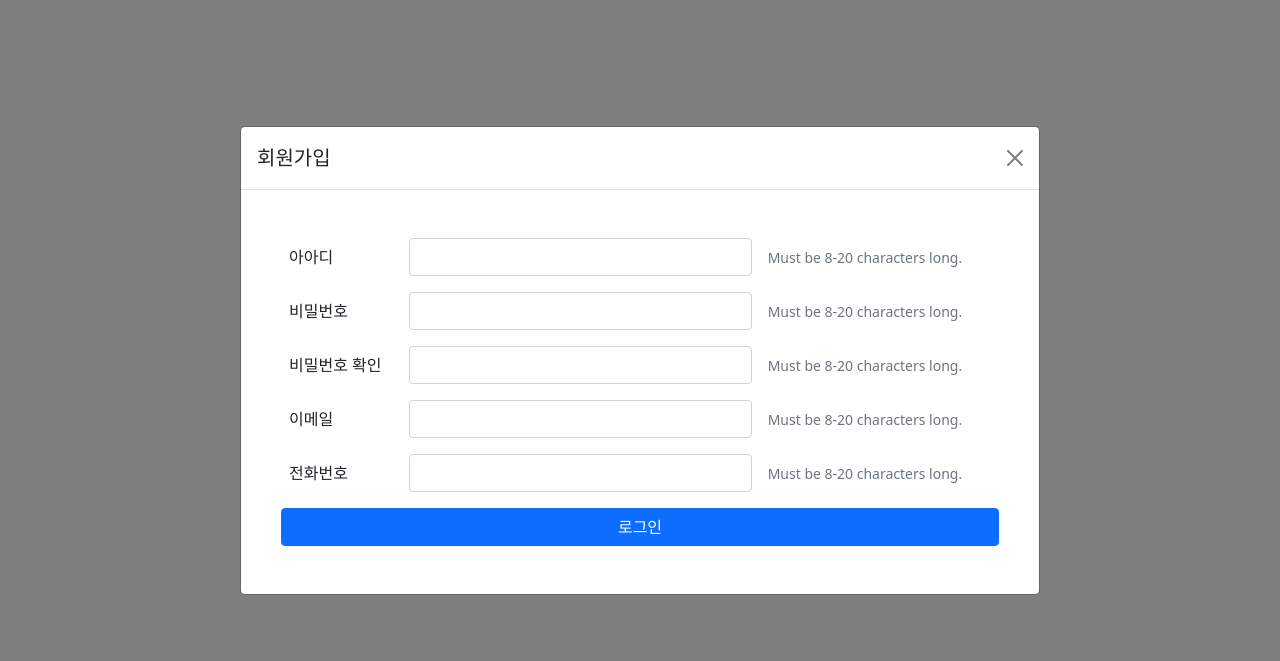
Repository: hyunha95/selfStudy
Page: http://localhost/spring-board/WEB-INF/views/member/enroll.jsp
The author's editor kept a copy of each file at every save. The page is drawn from the files as they stood at one save, then again after the next save.
The browser window is 1280 px wide. The pictures show the whole page.
The page is served by Tomcat 9. Nobody is signed in. Other server files are loaded and not shown. The template is opened directly, without the code that normally fills it, so the values that code supplies are empty.

Above is the page before, as saved 2022-01-15 08:34:27.

### spring_workspace/spring-board/src/main/webapp/WEB-INF/views/member/enroll.jsp
<%@ page language="java" contentType="text/html; charset=UTF-8"
    pageEncoding="UTF-8"%>
<%@ taglib prefix="c" uri="http://java.sun.com/jsp/jstl/core"%>
<%@ taglib prefix="fmt" uri="http://java.sun.com/jsp/jstl/fmt"%>
<%@ taglib prefix="fn" uri="http://java.sun.com/jsp/jstl/functions"%>
<%@ taglib prefix="sec" uri="http://www.springframework.org/security/tags" %>
<%-- spring-webmvc의존 : security의 csrf토큰 생성 --%>
<%@ taglib prefix="form" uri="http://www.springframework.org/tags/form" %>
<!DOCTYPE html>
<html>
<head>
<!-- Required meta tags -->
<meta charset="utf-8">
<meta name="viewport" content="width=device-width, initial-scale=1">
<title>Insert title here</title>
<script src="https://code.jquery.com/jquery-3.6.0.js" integrity="sha256-H+K7U5CnXl1h5ywQfKtSj8PCmoN9aaq30gDh27Xc0jk=" crossorigin="anonymous"></script>
<link href="https://cdn.jsdelivr.net/npm/bootstrap@5.1.3/dist/css/bootstrap.min.css" rel="stylesheet" integrity="sha384-1BmE4kWBq78iYhFldvKuhfTAU6auU8tT94WrHftjDbrCEXSU1oBoqyl2QvZ6jIW3" crossorigin="anonymous">
<script>
$(() => {
	$(enrollModal)
		.modal('show')
		.on("hide.bs.modal", (e) => {
			location.href = '${pageContext.request.contextPath}';
		});
});
</script>

</head>
<body>
	<!-- Modal 시작 -->
	<div class="modal fade" id="enrollModal" data-bs-backdrop="static" data-bs-keyboard="false" tabindex="-1" aria-labelledby="staticBackdropLabel" aria-hidden="true">
	  <div class="modal-dialog modal-dialog-centered modal-lg">
	    <div class="modal-content">
	      <div class="modal-header">
	        <h5 class="modal-title" id="staticBackdropLabel">회원가입</h5>
	        <button type="button" class="btn-close" data-bs-dismiss="modal" aria-label="Close"></button>
	      </div>
	      <form:form
	      	id="enrollFrm"
	      	action="${pageContext.request.contextPath}/member/enroll.do"
	      	method="post"
	      	class="m-5">
	      	<div class="row g-3 align-items-center">
		        <!-- 아이디 -->
		          <div class="col-2">
				    <label for="id" class="col-form-label">아아디</label>
				  </div>
				  <div class="col-6">
				    <input type="text" id="id" class="form-control">
				  </div>
				  <div class="col-4">
				    <span id="idHelpInline" class="form-text">
				      Must be 8-20 characters long.
				    </span>
				  </div>
			    <!-- 비밀번호 -->
				<div class="col-2">
				    <label for="password" class="col-form-label">비밀번호</label>
				  </div>
				  <div class="col-6">
				    <input type="password" id="password" class="form-control">
				  </div>
				  <div class="col-4">
				    <span id="passwordHelpInline" class="form-text">
				      Must be 8-20 characters long.
				    </span>
				  </div>
				 <!-- 비밀번호 확인 -->
				 <div class="col-2">
				    <label for="passwordCheck" class="col-form-label">비밀번호 확인</label>
				  </div>
				  <div class="col-6">
				    <input type="password" id="passwordCheck" class="form-control">
				  </div>
				  <div class="col-4">
				    <span id="passwordCheckHelpInline" class="form-text">
				      Must be 8-20 characters long.
				    </span>
				  </div>
				  <!-- 이메일 -->
				   <div class="col-2">
				    <label for="email" class="col-form-label">이메일</label>
				  </div>
				  <div class="col-6">
				    <input type="email" id="email" class="form-control">
				  </div>
				  <div class="col-4">
				    <span id="emailHelpInline" class="form-text">
				      Must be 8-20 characters long.
				    </span>
				  </div>
				  <!-- 번호 -->
				  <div class="col-2">
				    <label for="phone" class="col-form-label">전화번호</label>
				  </div>
				  <div class="col-6">
				    <input type="email" id="phone" class="form-control">
				  </div>
				  <div class="col-4">
				    <span id="phoneHelpInline" class="form-text">
				      Must be 8-20 characters long.
				    </span>
				  </div>
				<!-- submit 버튼 -->
			    <button type="submit" class="btn btn-primary mt-3">로그인</button>
	      	</div>
	      </form:form>
	    </div>
	  </div>
	</div>
	<!-- Modal 끝 -->
	<script src="https://cdn.jsdelivr.net/npm/bootstrap@5.1.3/dist/js/bootstrap.bundle.min.js" integrity="sha384-ka7Sk0Gln4gmtz2MlQnikT1wXgYsOg+OMhuP+IlRH9sENBO0LRn5q+8nbTov4+1p" crossorigin="anonymous"></script>
</body>
</html>

After the next save:
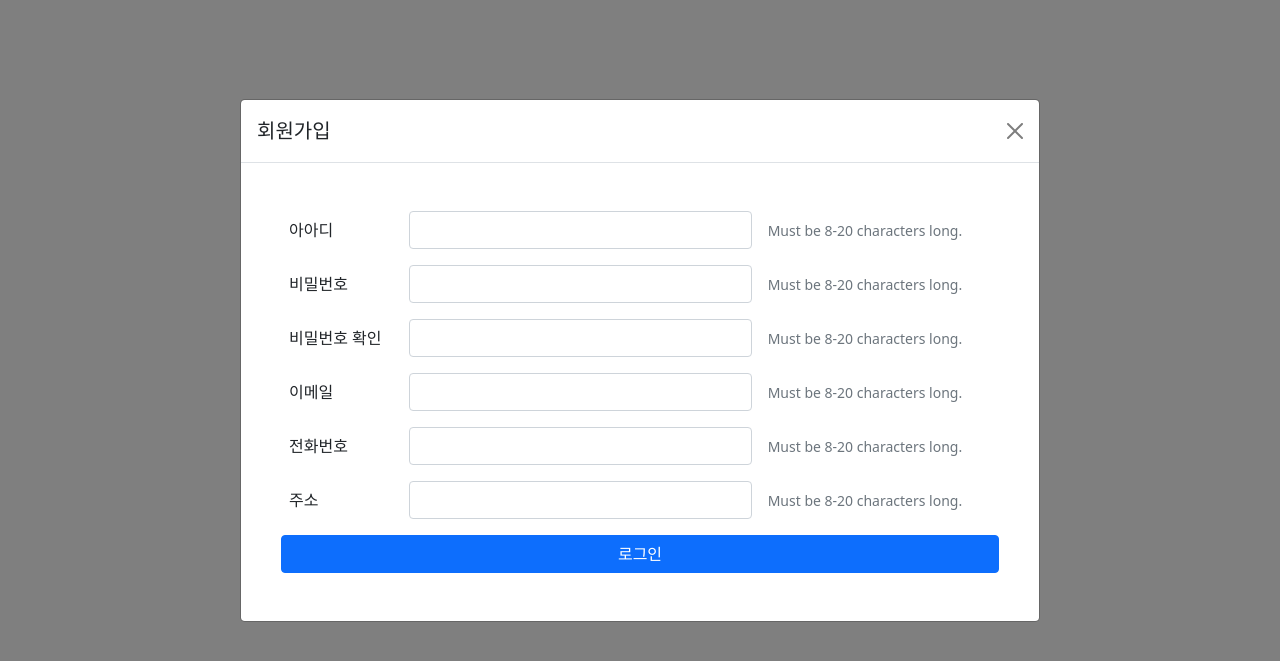
Saved 48 s later.
--- a/spring_workspace/spring-board/src/main/webapp/WEB-INF/views/member/enroll.jsp
+++ b/spring_workspace/spring-board/src/main/webapp/WEB-INF/views/member/enroll.jsp
@@ -94,10 +94,22 @@ $(() => {
 				    <label for="phone" class="col-form-label">전화번호</label>
 				  </div>
 				  <div class="col-6">
-				    <input type="email" id="phone" class="form-control">
+				    <input type="text" id="phone" class="form-control">
 				  </div>
 				  <div class="col-4">
 				    <span id="phoneHelpInline" class="form-text">
+				      Must be 8-20 characters long.
+				    </span>
+				  </div>
+				  <!-- 주소 -->
+				  <div class="col-2">
+				    <label for="address" class="col-form-label">주소</label>
+				  </div>
+				  <div class="col-6">
+				    <input type="text" id="address" class="form-control">
+				  </div>
+				  <div class="col-4">
+				    <span id="addressHelpInline" class="form-text">
 				      Must be 8-20 characters long.
 				    </span>
 				  </div>
